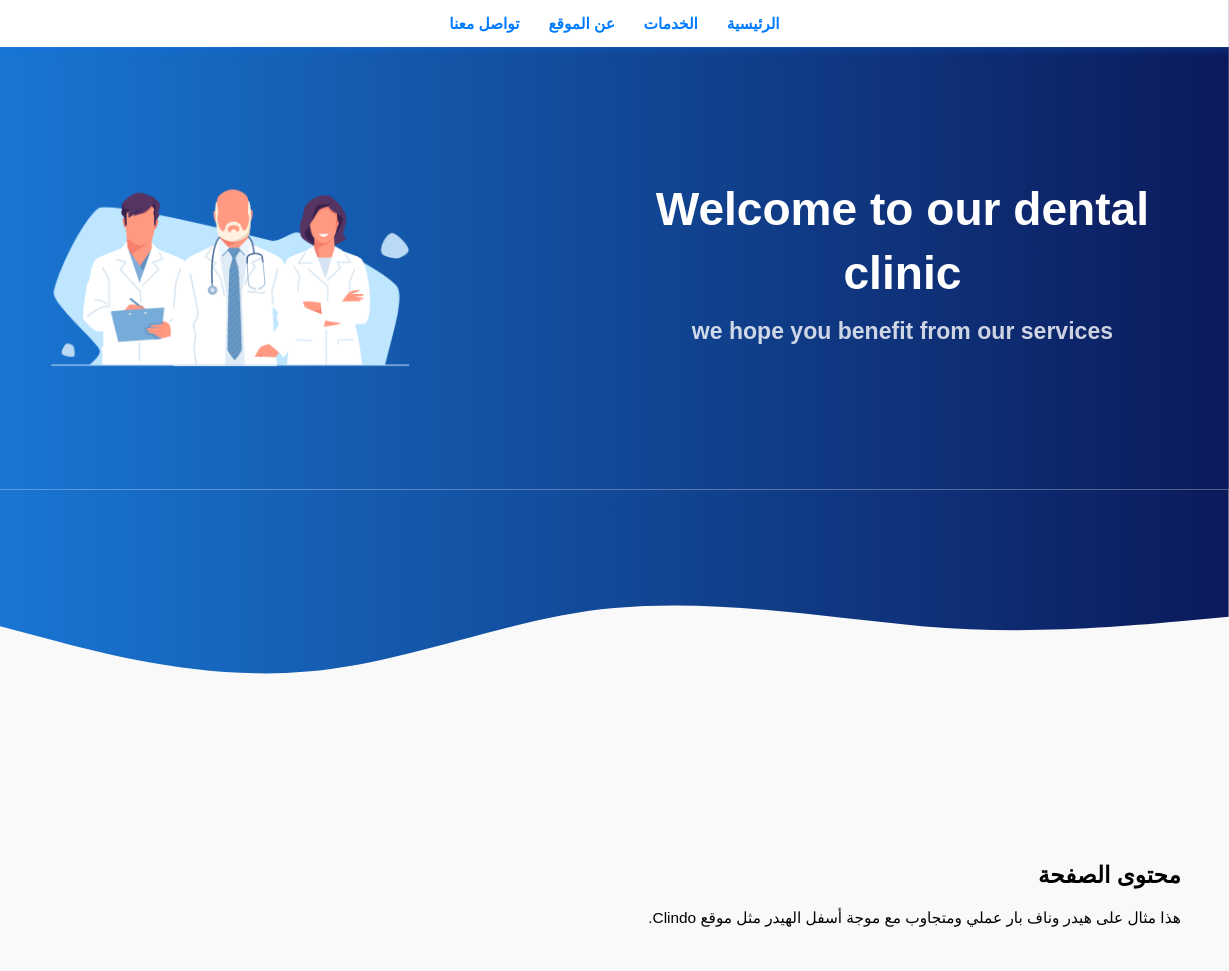
Repository: mysite4/s
Page: http://localhost/
The author's editor kept a copy of each file at every save. The page is drawn from the files as they stood at one save, then again after the next save.
The browser window is 1280 px wide. The pictures show the whole page, at 96% of full size.
Some web fonts or font styles are not loaded; a fallback is used. The page is served by the project's application, run on Django 5.2 (manage.py).

Above is the page before, as saved 2025-10-19 22:30:17.

After the next save:
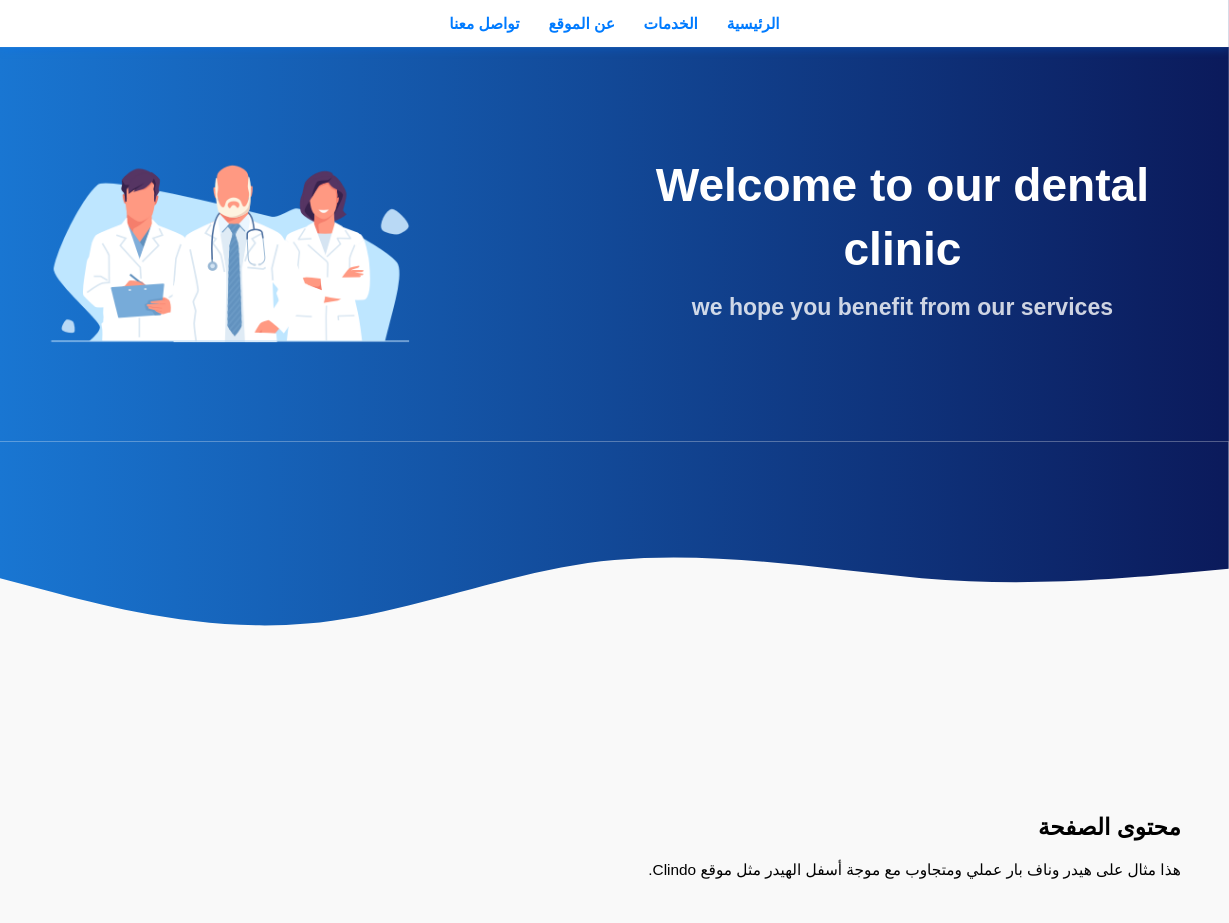
Saved 17 s later.
--- a/main/static/css/style.css
+++ b/main/static/css/style.css
@@ -47,7 +47,7 @@ nav ul li a:hover {
 header {
   position: relative;
   width: 100%;
-  min-height: 450px; /* ارتفاع أصغر قليلًا */
+  min-height: 400px; /* ارتفاع أصغر قليلًا */
   overflow: hidden;
   background: linear-gradient(to left, #0b1a5b, #1976d2); /* تدرج أفقي من اليمين لليسار */
   display: flex;
